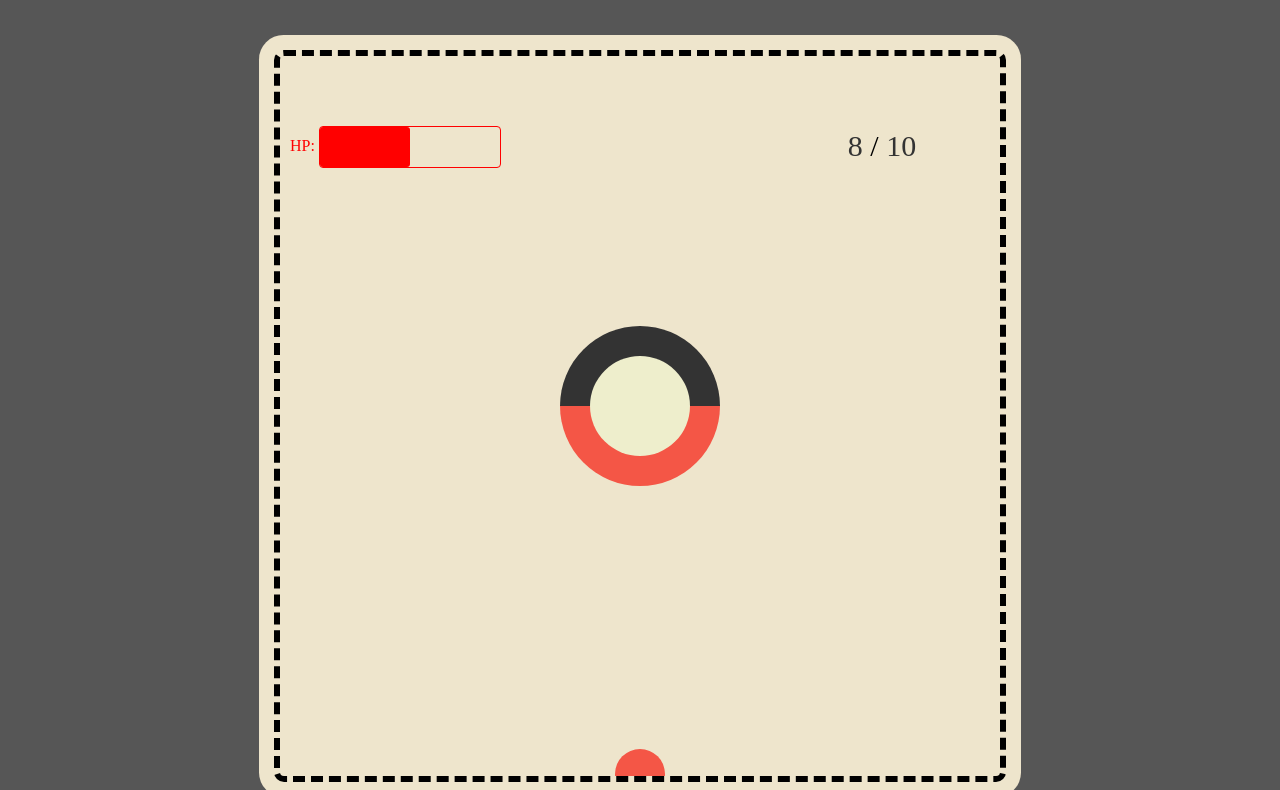
Repository: EEETA/ball-game
Page: theBall2/index.html
The author's editor kept a copy of each file at every save. The page is drawn from the files as they stood at one save, then again after the next save.
The browser window is 1280 px wide. The pictures show the whole page.
After loading, the first visible `button.start` was clicked once.

Above is the page before, as saved 2018-07-29 16:34:57.

### theBall2/index.html
<!DOCTYPE html>
<html lang="en">
<head>
    <meta charset="UTF-8">
    <title>theBall</title>
	<link rel="stylesheet" href="style/index.css">
    <script src="js/jquery-1.8.3.min.js"></script>
	<script src="js/jquery.rotate.min.js"></script>
</head>
<body>
    <section class="box">
        <!-- 旋转div -->
        <section class="ball ballZhuan">
            <div class="redPart_box">
                <div class="redPart"></div>
            </div>
            <div class="blackPart_box">
                <div class="blackPart"></div>
            </div>
            <div class="middlePart"></div>
        </section>
        <div class="ball2"></div>

        <section class="idx_pattern">
            <!-- 主界面-游戏模式 -->
        </section>
        <section class="idx_intro">
            <!-- 主界面-游戏玩法 -->
        </section>

        <section class="game_mask">
        <!-- 游戏界面-娱乐模式遮罩提示层 -->
        </section>
        <div class="arrow">
            <!-- 升级效果 -->
        </div>
        <section class="game_shootBox">
            <!-- 游戏界面-小球发射 -->
        </section>
        <section class="game_fraction">
            <!-- 游戏界面-分数血量显示 -->
        </section>
        <section class="game_hanlder">
            <!-- 游戏界面-结束模块 -->
        </section>
    </div>

    <script src="data/data.js"></script>
    <script>
        const patternLen = pattern.length;
        const idxPattern = document.querySelector('.idx_pattern');
        const idxIntro = document.querySelector('.idx_intro');
        const gameShootBox = document.querySelector('.game_shootBox');
        const gameFraction = document.querySelector('.game_fraction');
        const gameHanlder = document.querySelector('.game_hanlder');
        const gameMask = document.querySelector('.game_mask');
        var my=[];
        /*主界面-游戏模式*/
        for(var i=0;i<patternLen;i++){
            let idxPatternMain=`<div class="playWrap">
                                    <div class="playTit"> ${pattern[i].patternName} </div>
                                    <div class="playIntroduce">
                                        <div class="playIntroduceTxt">1.通关条件 <span style="color:#EE8E4E"> ${pattern[i].explain.condition} </span></div>
                                        <div class="playIntroduceTxt">2. ${pattern[i].explain.produce} </div>
                                    </div>
                                    <button class="start">START</button>
                                </div>`
            idxPattern.innerHTML+=idxPatternMain;
        }
        /*主界面-游戏玩法*/
        let produceTxt=`<div class="introTxt">
                            <div>
                                1.按空格键/AD可旋转 <img src="img/img1.png" alt="" class="sizeOne">
                            </div>
                            <div>
                                2.当<img src="img/img2.png" alt="" class="sizeOne">掉落时,根据模式将 <img src="img/img1.png" alt="" class="sizeOne"> 旋转到对应的颜色即可得1分,反之<span style="color:red">HP-1</span>
                            </div>
                            <div>
                                3.进入游戏后，每个玩家血量为5,右上角为分数面板 <img src="img/img3.png" alt="" class="sizeTwo"> 左侧为当前分数,右侧为当前关卡上限,分数达到上限即可进入下一关
                            </div>
                        </div>
                        <button class="introTxtBtn">游戏玩法</button>`
        idxIntro.innerHTML=produceTxt;



        /*游戏界面-小球发射*/
        let gameShootBoxMain=`<div class="top">
                                    <div class="div_middle"></div>
                                </div>
                                <div class="bottom">
                                    <div class="div_middle"></div>
                                </div>
                                <div class="left">
                                    <div class="div_middle"></div>
                                </div>
                                <div class="right">
                                    <div class="div_middle"></div>
                                </div>`
        gameShootBox.innerHTML+=gameShootBoxMain;
        /*游戏界面-分数血量显示*/
        let gameFractionMain=`<div class="life">HP:
                                    <div class="hp_div">
                                        <div class="hp_div_main"></div>
                                    </div>
                                </div>
                                <div class="fraction">
                                    <span class="fraction_left"></span>
                                    /
                                    <span class="fraction_right"></span>
                                </div>`
        gameFraction.innerHTML=gameFractionMain;
        /*游戏界面-结束模块*/
        let gameHanlderMain=`<div class="interface">
                                <div class="over">Game Over</div>
                                <div class="success">成功通关</div>
                            </div>
                            <div class="button_box">
                                <button class="button_left">再玩一次</button>
                                <button class="button_right">返回大厅</button>
                            </div>`
        gameHanlder.innerHTML=gameHanlderMain;
        /*游戏界面-娱乐模式遮罩提示层*/
        let gameMaskMain=`<div class="Mask_span">
                                <span>按A键向左转</span>
                                <span>按D键向右转</span>
                            </div>
                            <span class="Mask_p">- 按空格键继续 -</span>`
        gameMask.innerHTML=gameMaskMain;
    </script>
    <script src="js/index.js"></script>
    <script src="js/animation.js"></script>
</body>
</html>

### theBall2/js/index.js
/**

 * @date  2017-10-01 20:37:27
 * @name  Elderly
 */
// var time=new Date();
var numList,
background,
num,
box_num,
fraction,//当前得分
hp,
// _hp,
speed,
toplimit,
delayed,
num_number,
box_num_number,
direction,
box,
interval,
this_ball,
switch_1,
switch_2,
switch_3,
negative,
numbox,
hp_box,
fail_hp,
ttSet;

hp=5;
hp_box=10;
fraction=8;
numList=0;
fail_hp=hp*100/hp_box;
switch_1=0;
switch_2=0;
switch_3=0;
numList=0;
negative=0;
delayed=0;
speed=1200;
degree=-180;/*旋转度数*/
interval=300;/*旋转时间差*/
num_number=2;
box_num_number=2;
ttSet=300;
box=$('.ball');

const idxW=1080;/*主界面宽高*/
const idxH=720;
const gameW=720;/*游戏宽高*/
const gameH=720;

const start=document.querySelectorAll('.start');
let again;/*再来一次时用来判断模式*/

window.onload=function(){
    $('.ball').addClass("ballZhuan");
    $(".introTxtBtn").mouseover(function(){ $('.introTxt').stop().fadeIn(400);})
	$(".introTxtBtn").mouseout(function(){ $('.introTxt').stop().fadeOut(400);})
    choose();
}

function choose(){//进入对应模式
	for(let i=0;i<start.length;i++){
        start[i].onclick=function(){
            $('.idx_pattern').fadeOut(300);
            $('.introTxtBtn').fadeOut(300);
            again=i;
            initInfo(i);
            ball(i);
        }
	}
}

function initInfo(numberMode){

	if(numberMode==0){
		toplimit=10;
	}else{
		toplimit="∞";
    }
	if(numberMode==1){
		$('.redPart').css('background','#333');
		$('.blackPart').css('background','#f45646');
	}
	if(numberMode==2){
		speed=1400;
	    numList=-360;
	    num_number=4;
	    box_num_number=4;
	    degree=-90;
		delayed=1100;
	}
	if(again==2&&switch_2==1){
		box.rotate({
            animateTo:numList-180,
            duration:450,
        });
	}
    $('.fraction_left').html(fraction);
    $('.fraction_right').html(toplimit);
    $('.hp_div_main').animate({width:fail_hp+"%"},500);
}

function ball(numberMode){
    setTimeout(function(){
		box_animation(gameW,gameH,500);
   		$('.game_fraction').fadeIn(500);
     	$('.ball').animate({top:'210px'},500,function(){
            $(this).removeClass("ballZhuan");
            if(numberMode!=2){
            	$(this).rotate({animateTo:-180,duration:600});
            	numList=-180;
            }else if(numberMode==2&&switch_2==0){
            	if(switch_3){
        			rotate_transition(".ball",".ball2");
            		appendball('.div_middle');
            		switch_2=1;
            	}else{
                    Mask();
                    rotate_transition(".ball",".ball2");
            	}
            }
        	setTimeout(function(){
        		appendball(numberMode);
        	},600)
    	})
	},ttSet)
}

/*关卡设置*/
function levelUp(numberMode){
	if(numberMode==0 || numberMode==2){
		if(fraction%10==0){
	        callarrow("速度加快");
			speed-=100;
	        delayed=1100;
		}
	}
	if(numberMode==1){
		if(fraction==10){
	        callarrow("速度加快");
	        speed-=200;
	        toplimit=30;
	        delayed=1100;
		}
	    if(fraction==30){
	        callarrow("lalala");
	        speed-=100;
	        toplimit=50;
	        delayed=1100;
	    }
	}
}

function appendball(numberMode){  //生成小球
    if(hp<=0){
        $('.over').animate({opacity:1},600,function(){
            $('.button_box').css('display','block');
            $('.button_box').animate({opacity:1},800,function(){
                switch_3=1;
            })});
        return;
    }
	if(numberMode==1&&fraction==50){
        $('.success').animate({opacity:1},600,function(){
	            $('.button_box').css('display','block')
	            $('.button_box').animate({opacity:1},800)
	        });
	    return;
   }
    if(numberMode==2){
	    box=$('.ball2');
	    return;
    }

	levelUp(numberMode);
    $('.fraction_right').html(toplimit);

    ballFour=new Array();
    ballFour[0]="#f45646";
    ballFour[1]="#333";
    ballFour[2]="#efa97a";
    ballFour[3]="#6dd3ce";

    num=parseInt(Math.random()*num_number);
    box_num=parseInt(Math.random()*box_num_number);
    $('<div class="div_ball" style="background:'+ballFour[num]+';z-index:10"></div>').appendTo($('.div_middle')[box_num]);
    this_ball=$('.div_ball');
    setTimeout(function(){ballmove(this_ball,box_num,numberMode)},delayed);
}

/*小球运动*/
function ballmove(this_ball,box_num,numberMode){
    delayed=0;
    box_num < 2 ? (box_num==0 ? range=350 : range=-350) : (box_num==2 ? range=350 : range=-350);
    box_num < 2 ? direction='top' : direction='left';
    this_ball.animate(
        {[direction]:""+range+"px"},
        {duration:speed,
         easing:'linear',    // easing:'linear' 匀速直线运动
            progress:function(){
                var this_height=Math.floor($(this).offset().top)+$(this).height();
                var this_width=Math.floor($(this).offset().left)+$(this).width();
                var box_top=box.offset().top;
                var box_left=box.offset().left;
                var box_height=box.offset().top+box.height();
                var box_width=box.offset().left+box.width();

                if(box_num_number == 2){ //两个方向
                    if(box_num < 2){  //上下
                        if(range==350){  //向下
                            if(this_height>=box_top+2){
                                movejudge(this,-270,-0,-90,-180,4,numberMode);
                            }
                        }else if(range==-350){  //向上
                            if($(this).offset().top<=box_height){
                                movejudge(this,-90,-180,-270,-0,4,numberMode);
                            }
                        }
                     }
                }else if(box_num_number==4){ //四个方向
                    if(box_num < 2){  //上下
                        if(range==350){  //向下
                            if(this_height>=box_top+2){
                                 movejudge(this,-270,-0,-90,-180,5,numberMode);
                            }
                        }else if(range==-350){  //向上
                            if($(this).offset().top<=box_height+170){
                                 movejudge(this,-90,-180,-270,-0,5,numberMode);
                            }
                        }
                    } else if(box_num >= 2){   //左右
                        if(range==350){    //向右
                            if(this_width>=box_left+2){
                                movejudge(this,-0,-90,-180,-270,5,numberMode);
                            }
                        }else if(range==-350){  //向左
                            if(this_width <= box_width+218){
                                 movejudge(this,-180,-270,-0,-90,5,numberMode);
                            }
                        }
                    }
                }
            }
        }
    )
}


/*再来一遍&&返回大厅*/
// $('.button_left').click(function(haha,gameInit){
//     $('.over,.success,.button_box').animate({opacity:0},200);
//     $('.button_box').css('display','none');

// 	speed=1200;
//     ttSet=0;
//     if(again==2){
// 	    produceFn('.div_middle');
//     }else{
// 		produceFn(again);
//     }
// });

// $('.button_right').click(function(){
// 	box_animation(idxH,idxW,500);
// 	degree=-180;
// 	negative=0;
// 	speed=1200;
//     numList=0;
// 	delayed=0;
// 	num_number=2;
// 	box_num_number=2;
// 	$('.blackPart').css('background','#333');
// 	$('.redPart').css('background','#f45646');
//     rotate_transition(".ball2",".ball");
// 	box=$('.ball');
// 	switch_2=0;
// 	if(again!=2){
// 		switch_3=0;
// 	}else{
// 		switch_3=1;
// 	}

// 	/*正常模式返回初始化*/
//    	$('.game_fraction').fadeOut(300);
//    	$('.button_box').fadeOut(300);
//     $('.over').animate({opacity:0},100);
//     $('.success').animate({opacity:0},100);
//     $('.ball').animate({top:'0px'}, 500,function(){
//         $(this).addClass("ballZhuan");
// 	})
// 	setTimeout(function(){
// 		$('.introTxtBtn').fadeIn(300);
// 		$('.idx_pattern').fadeIn(300);
//    	},800)
// })

document.addEventListener('keydown',ballPlay,false);
function ballPlay(haha){
    if(box_num_number==2&&event.keyCode==32){  //只有两种颜色
        // if(new Date()-time > interval){
            // console.log(speed);
            numList+=degree;
            box.rotate({
                animateTo: numList,
                duration:450,
            });
            // time=new Date();
        // }
    }
    // else if(box_num_number==4){  //四钟颜色
    //     if(event.keyCode==32 && switch_2==0 && switch_3==0){   //遮罩按空格
    //         switch_1=1;
    //         $('.game_mask').fadeOut(500);
    //         $('.Mask_p').fadeOut(200);
    //         $('.Mask_span').fadeOut(500);

	//       	appendball('.div_middle');
	//       	switch_2=1;
    //     }
    //     if(event.keyCode==65){   //左
    //         numList+=degree;
    //         negative=numList;
    //         if(numList>0){   //度数往右转 度数变为正数时
    //             if(numList%360==90 || numList%360==270){
    //                 negative=-numList-180;
    //             }
    //             if(numList%360==0 || numList%360==180){
    //                 negative=-negative
    //             }
    //         }
    //         box.rotate({
    //                 animateTo: numList,
    //                 duration:340,
    //         });
    //     }
    //     if(event.keyCode==68){  //右
    //         numList-=degree;
    //         if(numList<0) negative+=degree;
    //         if(numList>0) {
    //             if(numList%360==0 || numList%360==180){
    //                 negative=-numList;
    //             }
    //             if(numList%360==90 || numList%360==270){
    //                 negative=-numList-180;
    //             }
    //         };
    //         box.rotate({
    //                 animateTo: numList,
    //                 duration:340,
    //         });
    //     }
  	// }
}

Loaded but not shown: theBall2/js/jquery-1.8.3.min.js (library); theBall2/js/jquery.rotate.min.js (library); theBall2/js/animation.js (162 lines, source omitted); theBall2/data/data.js (47 lines, source omitted); theBall2/style/index.css (284 lines, source omitted)

After the next save:
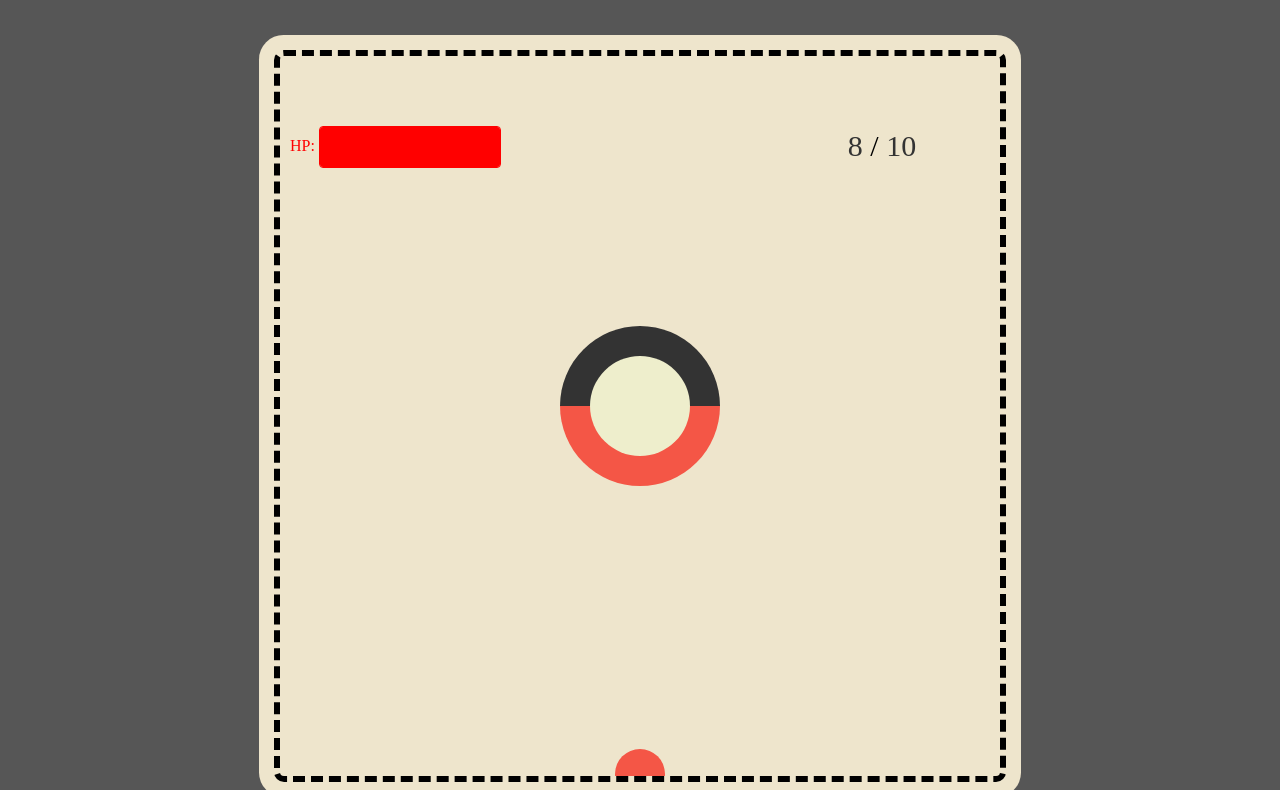
Saved 85 s later.
--- a/theBall2/js/index.js
+++ b/theBall2/js/index.js
@@ -29,10 +29,7 @@
 fail_hp,
 ttSet;
 
-hp=5;
 hp_box=10;
-fraction=8;
-numList=0;
 fail_hp=hp*100/hp_box;
 switch_1=0;
 switch_2=0;
@@ -76,6 +73,8 @@
 }
 
 function initInfo(numberMode){
+    hp=5;
+    fraction=8;
 
 	if(numberMode==0){
 		toplimit=10;

After the 2 saves that followed:
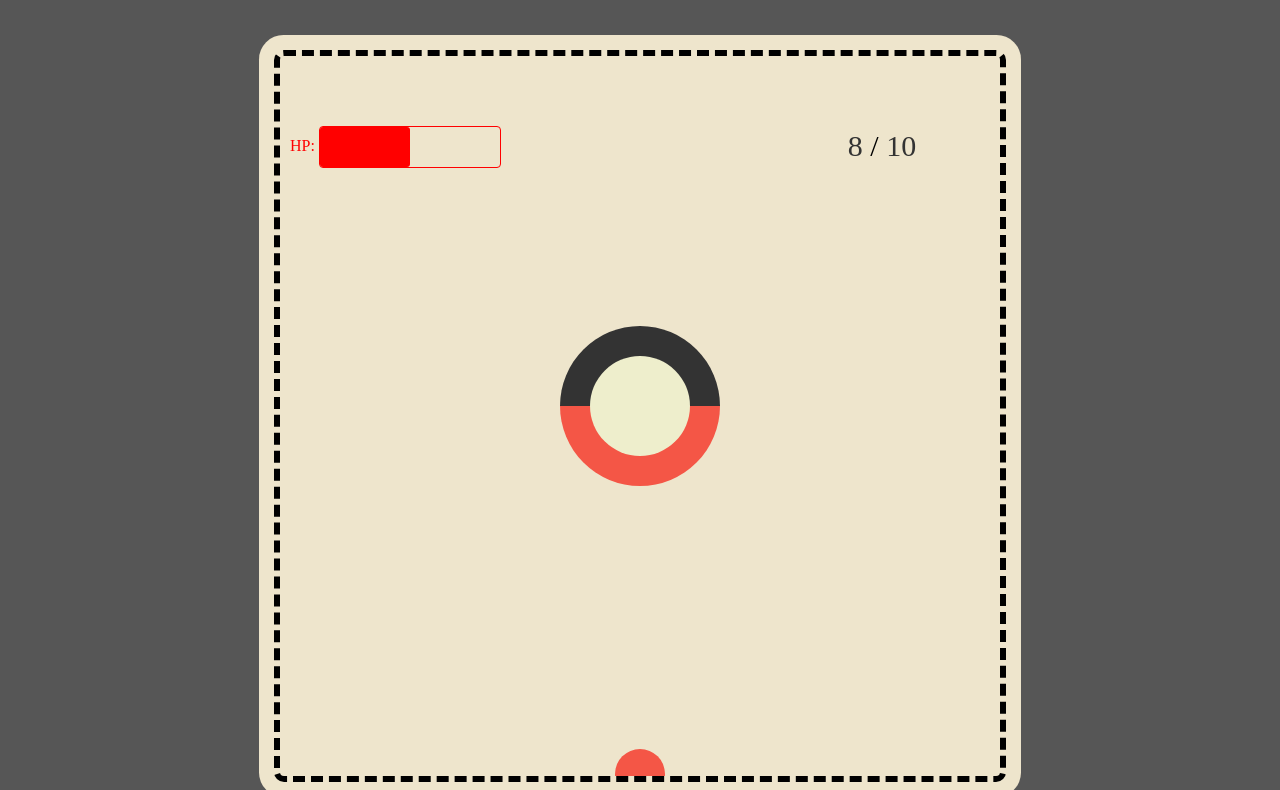
The 2 saves are shown as one change because 1 left the picture as it was.
The last was saved 77 s later.
--- a/theBall2/js/index.js
+++ b/theBall2/js/index.js
@@ -29,8 +29,7 @@
 fail_hp,
 ttSet;
 
-hp_box=10;
-fail_hp=hp*100/hp_box;
+
 switch_1=0;
 switch_2=0;
 switch_3=0;
@@ -75,6 +74,8 @@
 function initInfo(numberMode){
     hp=5;
     fraction=8;
+    hp_box=10;
+    fail_hp=hp*100/hp_box;
 
 	if(numberMode==0){
 		toplimit=10;
@@ -85,20 +86,20 @@
 		$('.redPart').css('background','#333');
 		$('.blackPart').css('background','#f45646');
 	}
-	if(numberMode==2){
-		speed=1400;
-	    numList=-360;
-	    num_number=4;
-	    box_num_number=4;
-	    degree=-90;
-		delayed=1100;
-	}
-	if(again==2&&switch_2==1){
-		box.rotate({
-            animateTo:numList-180,
-            duration:450,
-        });
-	}
+	// if(numberMode==2){
+	// 	speed=1400;
+	//     numList=-360;
+	//     num_number=4;
+	//     box_num_number=4;
+	//     degree=-90;
+	// 	delayed=1100;
+	// }
+	// if(again==2&&switch_2==1){
+	// 	box.rotate({
+    //         animateTo:numList-180,
+    //         duration:450,
+    //     });
+	// }
     $('.fraction_left').html(fraction);
     $('.fraction_right').html(toplimit);
     $('.hp_div_main').animate({width:fail_hp+"%"},500);
